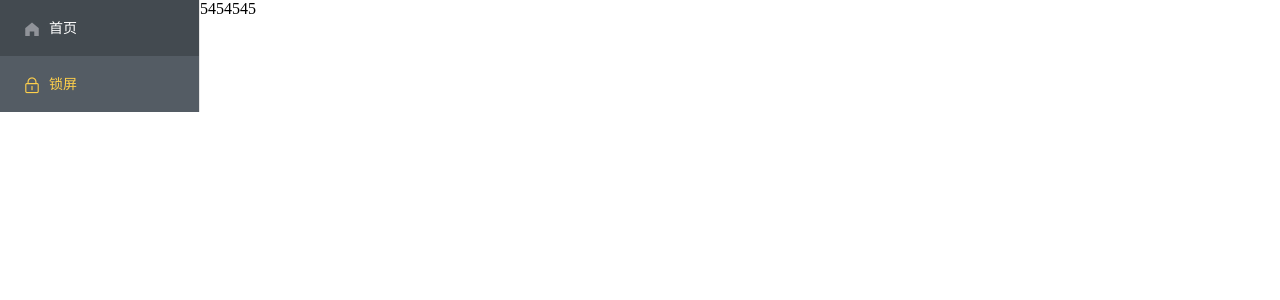
Repository: wujingwenwu/-vue-2.0
Page: /lockScreen
An editor plug-in stored every save of this project. The page is shown before and after the next save, followed by the edit.
The browser window is 1280 px wide. The pictures show the whole page.
The project was rebuilt for these pictures with package versions that can differ from the ones it lists, and the page was loaded fresh each time. Also part of the build but not shown: src/views/Home.vue.

Above is the page before, as saved 2020-09-29 10:39:07.

After the next save:
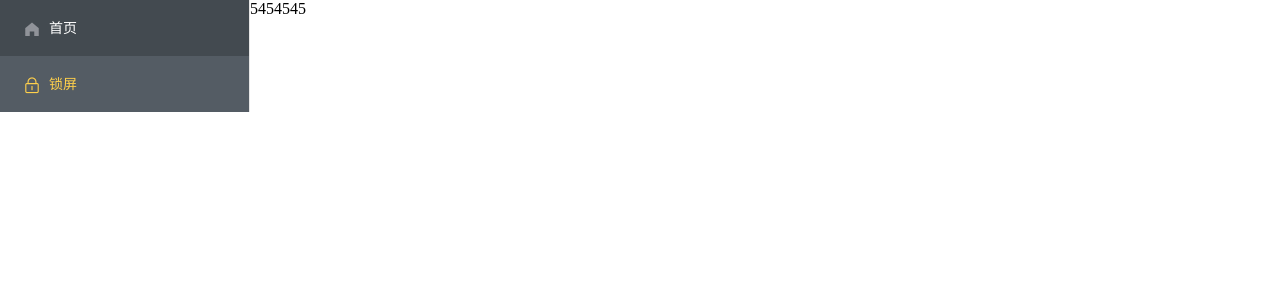
Saved 42 s later.
--- a/src/views/layout/layout.vue
+++ b/src/views/layout/layout.vue
@@ -53,6 +53,6 @@
 
 <style scoped lang='scss'>
 .commit{
-    width: 200px;
+    width: 250px;
 }
 </style>
